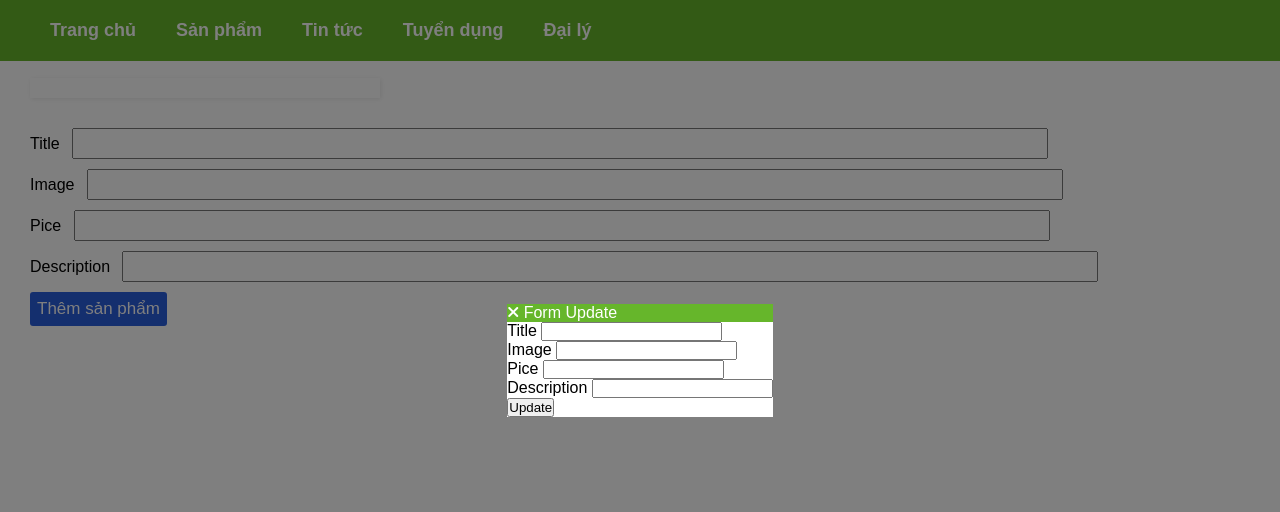
Repository: Ngoc28/CURD_HTML-CSS_JS_JSON
Page: index.html
These files come from the project's save history. The page is drawn as it stood at one moment and after the next save; the edit follows.
The browser window is 1280 px wide. The pictures show the whole page.
The page's requests for data from a server got no answer.

Above is the page before, as saved 2023-04-11 09:38:37.

After the next save:
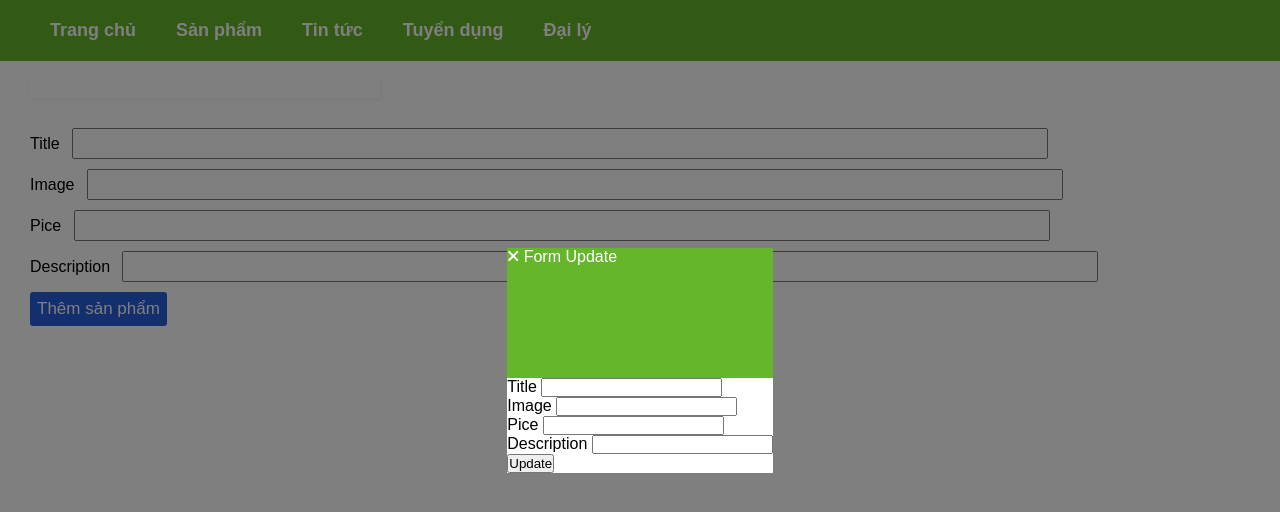
Saved 7 s later.
--- a/asset/css/style.css
+++ b/asset/css/style.css
@@ -191,4 +191,5 @@ body {
 .modal header {
     background-color: #66b62b;
     color: #fff;
+    height: 130px;
 }
